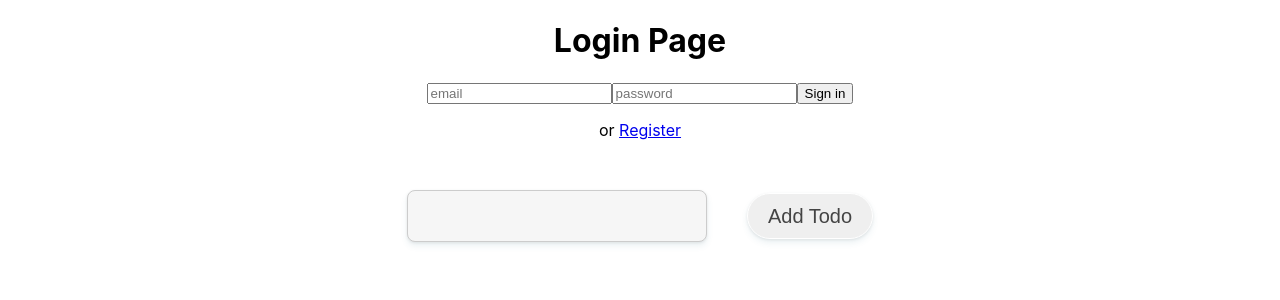
Repository: serezhatryhard/Simple-TodoList
Page: /
The author's editor kept a copy of each file at every save. The page is drawn from the files as they stood at one save, then again after a run of saves.
The browser window is 1280 px wide. The pictures show the whole page.
The page's requests for data from a server got no answer. The project was rebuilt for these pictures with package versions that can differ from the ones it lists, and the page was loaded fresh each time. No one was signed in, and anything a server would have sent is missing. Also part of the build but not shown: src/components/TodoItem.jsx, src/components/Auth/SignUp.jsx, src/pages/RegisterPage.jsx.

Above is the page before, as saved 2022-09-17 18:21:03.

### src/index.js
import React from 'react';
import ReactDOM from 'react-dom/client';

import App from './App';
import store from './store'

import './index.css';
import './firebase'

import reportWebVitals from './reportWebVitals';
import { Provider } from 'react-redux';
import { BrowserRouter } from 'react-router-dom';


const root = ReactDOM.createRoot(document.getElementById('root'));
root.render(
  <React.StrictMode>
    <BrowserRouter>
      <Provider store={store}>
        <App />
      </Provider>
    </BrowserRouter>
  </React.StrictMode>
);

// If you want to start measuring performance in your app, pass a function
// to log results (for example: reportWebVitals(console.log))
// or send to an analytics endpoint. Learn more: https://bit.ly/CRA-vitals
reportWebVitals();

### src/App.js
import { useState } from 'react';
import { useDispatch } from 'react-redux';
import { Routes, Route } from 'react-router-dom'

import { addTodo } from './store/todoSlice';
import { InputField } from './components/InputField';
import { TodoList } from './components/TodoList';

import './App.css';
import HomePage from './pages/HomePage';
import LoginPage from './pages/LoginPage';
import RegisterPage from './pages/RegisterPage';


function App() {

  const [text, setText] = useState('')

  const dispatch = useDispatch()

  const addTask = () => {
    if (text.trim().length) {
      dispatch(addTodo({ text }))
      setText('')
    }
  }

  return (
    <div className="App">
      <Routes>
        <Route path='/' element={<HomePage />} />
        <Route path='/login' element={<LoginPage />} />
        <Route path='/register' element={<RegisterPage />} />
      </Routes>

      <InputField text={text} handleSubmit={addTask} handleInput={setText} />
      <TodoList />
    </div>
  );
}

export default App;

### src/store/index.js
import { configureStore } from "@reduxjs/toolkit";
import todoReducer from './todoSlice'
import userReducer from './userSlice'

export default configureStore({
    reducer: {
        todos: todoReducer,
        user: userReducer
    }
})

### src/firebase.js
// Import the functions you need from the SDKs you need
import { initializeApp } from "firebase/app";
import { getAuth } from "firebase/auth";
// TODO: Add SDKs for Firebase products that you want to use
// https://firebase.google.com/docs/web/setup#available-libraries

// Your web app's Firebase configuration
const firebaseConfig = {
    apiKey: process.env.REACT_APP_FIREBASE_API_KEY,
    authDomain: process.env.REACT_APP_FIREBASE_AUTH_DOMAIN,
    projectId: process.env.REACT_APP_FIREBASE_PROJECT_ID,
    storageBucket: process.env.REACT_APP_FIREBASE_STORAGE_BUCKET,
    messagingSenderId: process.env.REACT_APP_FIREBASE_MESSAGING_SENDER_ID,
    appId: process.env.REACT_APP_FIREBASE_APP_ID,
};

// Initialize Firebase
const app = initializeApp(firebaseConfig);

// Initialize Firebase Authentication and get a reference to the service
const auth = getAuth(app);

### src/store/todoSlice.js
import { createSlice } from "@reduxjs/toolkit";

const todoSlice = createSlice({
    name: 'todos',
    initialState: {
        todos: []
    },

    reducers: {
        addTodo(state, action) {
            state.todos.push({
                id: new Date().toISOString(),
                text: action.payload.text,
                completed: false
            })
        },
        removeTodo(state, action) {
            state.todos = state.todos.filter(todo => todo.id !== action.payload.id)
        },
        toggleTodo(state, action) {
            const toggledTodo = state.todos.find(todo => todo.id === action.payload.id)
            toggledTodo.completed = !toggledTodo.completed
        }
    }
})

export const { addTodo, removeTodo, toggleTodo } = todoSlice.actions

export default todoSlice.reducer

### src/components/InputField.jsx
import React from 'react'

export const InputField = ({text, handleSubmit, handleInput}) => {
  return (
    <label className='add-todo'>
        <input value={text} onChange={e => handleInput(e.target.value)} className='input' />
        <button onClick={handleSubmit} className='btn'>Add Todo</button>
      </label>
  )
}

### src/components/TodoList.jsx
import React from 'react'
import { useSelector } from 'react-redux'
import { TodoItem } from './TodoItem'

export const TodoList = () => {

  const todos = useSelector(state => state.todos.todos)

  return (
    <div className='container'>
        <ul>
          {
            todos.map(
              (todo, index) =>
                <TodoItem {...todo} index={index} key={todo.id}/>
          )}
        </ul>
      </div>
  )
}

### src/pages/HomePage.jsx
import React from 'react'
import { useDispatch } from 'react-redux'
import { Navigate } from 'react-router-dom'
import  useAuth  from './../hooks/useAuth'
import { removeUser } from '../store/userSlice'

const HomePage = () => {
    const dispatch = useDispatch()
    const {isAuth, email} = useAuth()
    console.log(isAuth)

    if (isAuth) {
        return (
            <div>
            <h1>Welcome</h1>

            <button
                onClick={dispatch(removeUser())}
            >Log out from {email}</button>
        </div>
        )
    } else {
        return (
            <Navigate to='/login' />
        )
    }
}

export default HomePage

### src/pages/LoginPage.jsx
import React from 'react'
import { NavLink } from 'react-router-dom'
import { Login } from '../components/Auth/Login'

const LoginPage = () => {
  return (
    <div>
        <h1>Login Page</h1>
        <Login />
        <p>
            or <NavLink to='/register'>Register</NavLink>
        </p>
    </div>
  )
}

export default LoginPage

### src/store/userSlice.js
import { createSlice } from "@reduxjs/toolkit";

const userSlice = createSlice({
    name: 'user',
    initialState: {
        email: null,
        token: null,
        id: null
    },

    reducers: {
        setUser(state, action){
            state.email = action.payload.email,
            state.token = action.payload.token,
            state.id = action.payload.id
        },
        removeUser(state) {
            state.email = null,
            state.token = null,
            state.id = null
        }
    }
})

export const { setUser, removeUser } = userSlice.actions

export default userSlice.reducer

### src/hooks/useAuth.js
import { useSelector } from "react-redux"

const useAuth = () => {
    const {email, token, id} = useSelector(state => state.user)

    return {
        isAuth: !!email,
        email,
        token,
        id
    }
}

export default useAuth

### src/components/Auth/Login.jsx
import React from 'react'
import { useDispatch } from 'react-redux'
import { useNavigate } from 'react-router-dom'
import { getAuth, signInWithEmailAndPassword } from "firebase/auth"
import { Form } from './Form'
import { setUser } from '../../store/userSlice'

const Login = () => {

    const dispatch = useDispatch()
    const push = useNavigate()


    const handleLogin = (email, password) => {
        const auth = getAuth();
        signInWithEmailAndPassword(auth, email, password)
            .then(({user}) => {
                dispatch(setUser({
                    email: user.email,
                    id: user.uid,
                    token: user.accessToken
                }))
                push('/')
            })
            .catch(console.error)
    }

    return (
        <Form
            title = 'Sign in'
            handleClick={handleLogin}
        />
    )
}

export { Login }

### src/components/Auth/Form.jsx
import { useState } from "react";

import React from 'react'

const Form = ({title, handleClick}) => {

    const [email, setEmail] = useState('')
    const [pass, setPass] = useState('')


    return (
        <div>
            <input
                type='email'
                value={email}
                onChange={(e) => setEmail(e.target.value)}
                placeholder='email'
            />
            <input
                type='password'
                value={pass}
                onChange={(e) => setPass(e.target.value)}
                placeholder='password'
            />
            <button onClick={() => handleClick(email, pass)}>
                {title}
            </button>
        </div>
    )
}

export { Form }

Loaded but not shown: public/index.html (common file); src/index.css (common file); src/reportWebVitals.js (common file); src/App.css (common file)

After the next 2 saves:
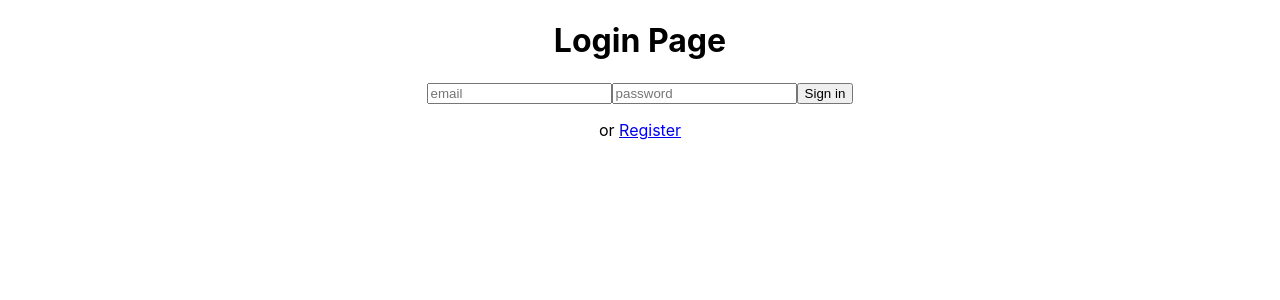
The 2 saves are shown as one change because they came seconds apart.
The last was saved 26 s later.
--- a/src/App.js
+++ b/src/App.js
@@ -32,9 +32,6 @@
         <Route path='/login' element={<LoginPage />} />
         <Route path='/register' element={<RegisterPage />} />
       </Routes>
-
-      <InputField text={text} handleSubmit={addTask} handleInput={setText} />
-      <TodoList />
     </div>
   );
 }
